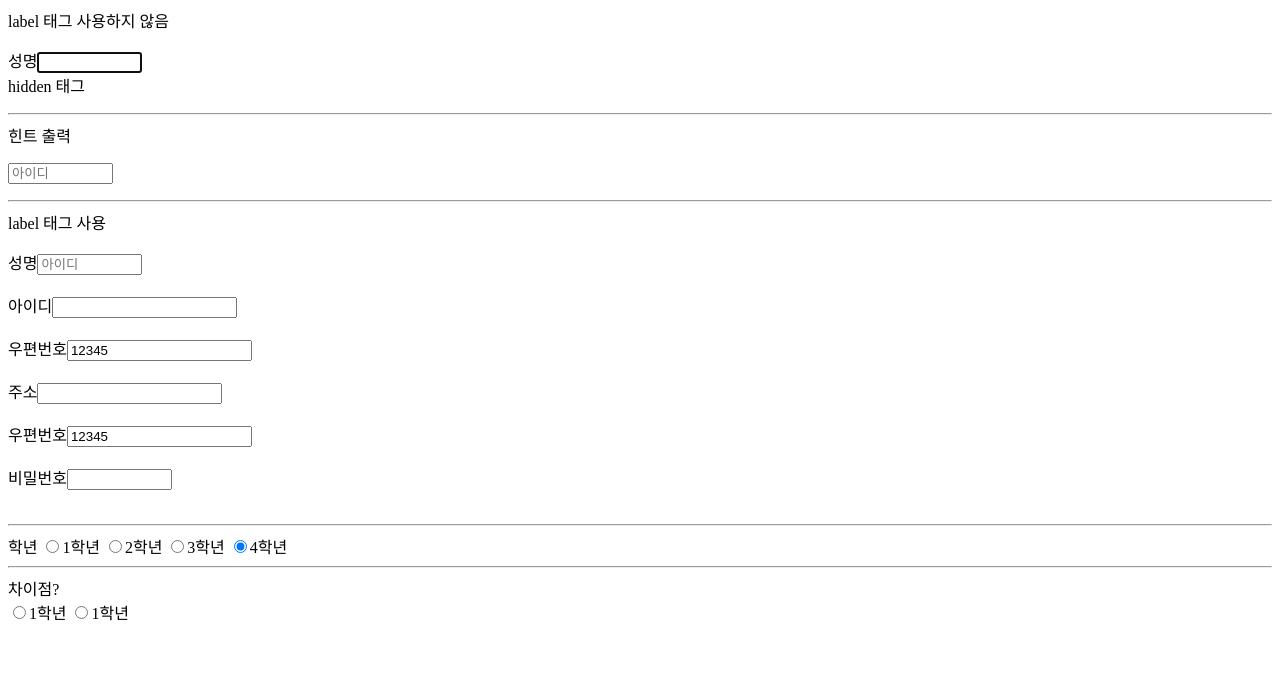
Repository: roditee/Frontend_ex
Page: HTML01/src/main/webapp/form.html
The author's editor kept a copy of each file at every save. The page is drawn from the files as they stood at one save, then again after the next save.
The browser window is 1280 px wide. The pictures show the whole page.

Above is the page before, as saved 2021-12-02 08:13:33.

### HTML01/src/main/webapp/form.html
<!DOCTYPE html>
<html>
	<head>
		<meta charset="UTF-8">
		<title>입력 양식 태그 : form 태그</title>
	</head>
	<body>
		<form method="post" action="newMember.jsp">
			label 태그 사용하지 않음<p>
			성명<input type="text" id="name" name="name" size="10" autofocus><br>

			hidden 태그
			<input type="text" id="prdNo" hidden>
			<hr>

			힌트 출력<p>
			<input type="text" name="id" size="10" placeholder="아이디"><br>
			<hr>

			label 태그 사용<p>
			<label>성명<input type="text" name="name2" size="10" placeholder="아이디"></label><br><br>
			<label>아이디<input type="id" name="name2" maxlength="8"></label><br><br>
			<label>우편번호<input type="text" name="zipcode" value="12345" readonly></label><br><br>
			<label>주소<input type="text" name="address" required></label><br><br>
			<label>우편번호<input type="text" name="zipcode" value="12345" readonly></label><br><br>
			<label>비밀번호<input type="password" name="passwd" size="10"></label><br><br>
			<hr>

			학년
			<label><input type="radio" name="year" value="1">1학년</label>
			<label><input type="radio" name="year" value="2">2학년</label>
			<label><input type="radio" name="year" value="3">3학년</label>
			<label><input type="radio" name="year" value="4" checked>4학년</label>
			<hr>

			차이점? <br>
			<input type="radio" name="year" value="1">1학년
			<label><input type="radio" name="year" value="1">1학년</label>

		</form>
	</body>
</html>

After the next save:
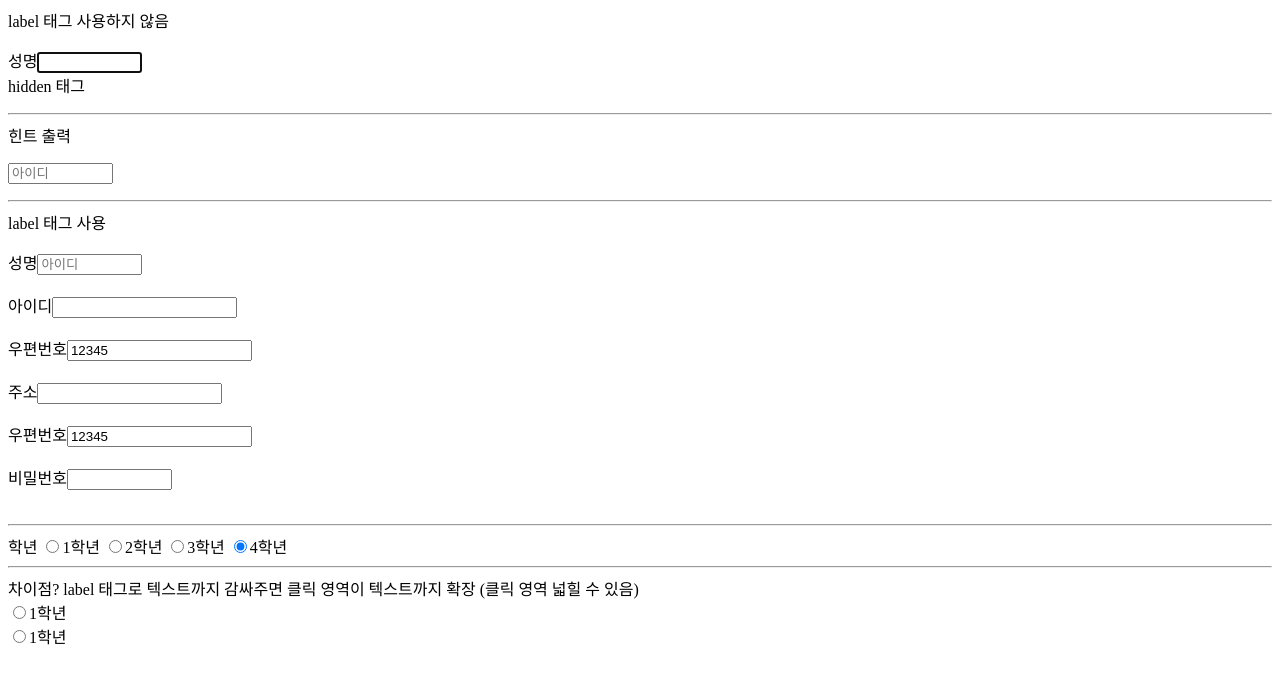
Saved 2 min 38 s later.
--- a/HTML01/src/main/webapp/form.html
+++ b/HTML01/src/main/webapp/form.html
@@ -33,8 +33,8 @@
 			<label><input type="radio" name="year" value="4" checked>4학년</label>
 			<hr>
 
-			차이점? <br>
-			<input type="radio" name="year" value="1">1학년
+			차이점? label 태그로 텍스트까지 감싸주면 클릭 영역이 텍스트까지 확장 (클릭 영역 넓힐 수 있음)<br>
+			<input type="radio" name="year" value="1">1학년<br>
 			<label><input type="radio" name="year" value="1">1학년</label>
 
 		</form>
